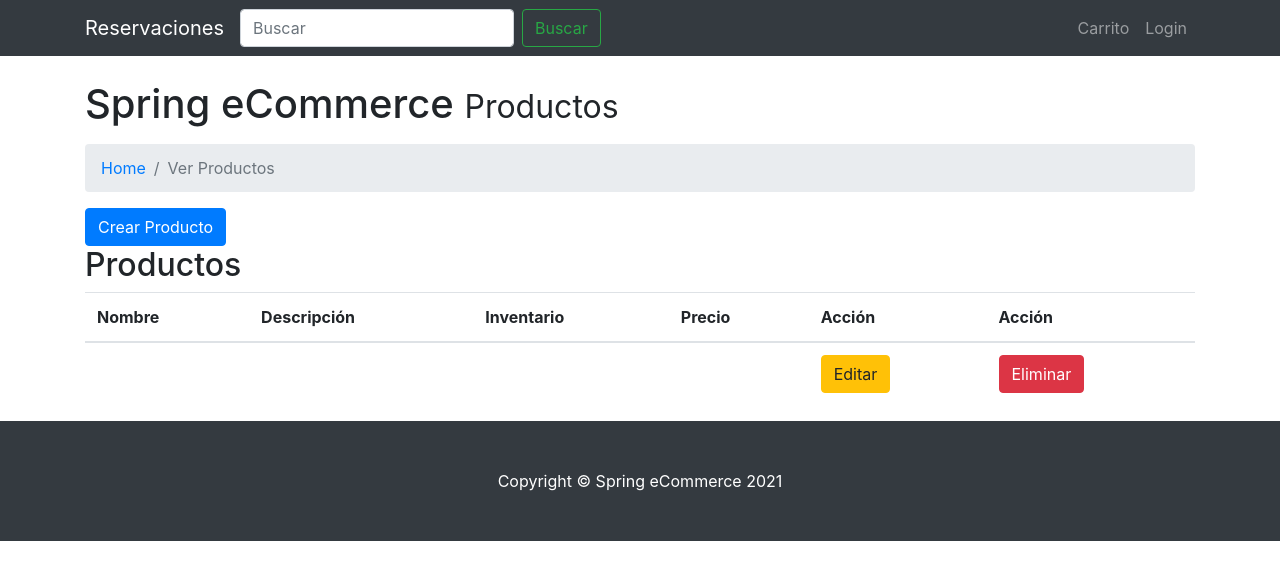
Repository: alexpool1122/Caso_Final_Laboratorio
Page: http://localhost/habitaciones
The author's editor kept a copy of each file at every save. The page is drawn from the files as they stood at one save, then again after the next save.
The browser window is 1280 px wide. The pictures show the whole page.
The page is this project's Thymeleaf template; nobody is signed in. The template is opened directly, without the code that normally fills it, so the values that code supplies are empty.

Above is the page before, as saved 2023-11-23 09:29:11.

After the next save:
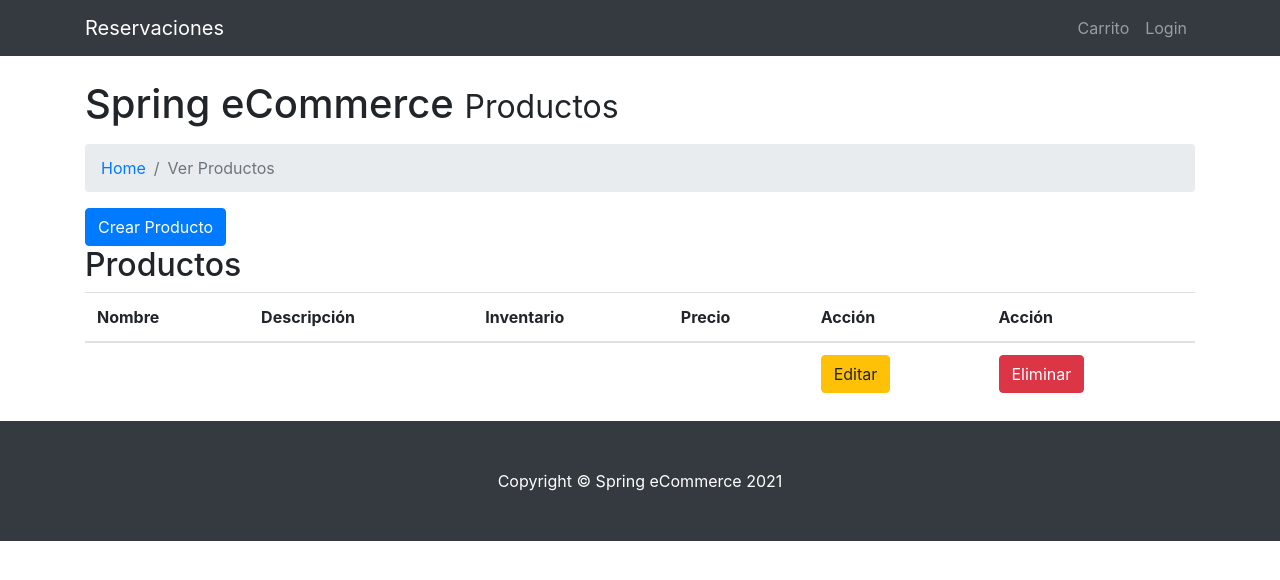
Saved 27 s later.
--- a/CasoFinal/src/main/resources/templates/templado_header_footer.html
+++ b/CasoFinal/src/main/resources/templates/templado_header_footer.html
@@ -21,17 +21,6 @@
 			<div class="container">
 				<a class="navbar-brand" th:href="@{/Reserva}">Reservaciones</a>
 
-				<form class="form-inline my-2 my-lg-0" method="post" action="#">
-					<input class="form-control mr-sm-2" type="search" placeholder="Buscar" aria-label="Search"
-						name="nombre" autocomplete="off">
-					<button class="btn btn-outline-success my-2 my-sm-0" type="submit">Buscar</button>
-				</form>
-
-
-				<button class="navbar-toggler" type="button" data-toggle="collapse" data-target="#navbarResponsive"
-					aria-controls="navbarResponsive" aria-expanded="false" aria-label="Toggle navigation">
-					<span class="navbar-toggler-icon"></span>
-				</button>
 				<div class="collapse navbar-collapse" id="navbarResponsive">
 					<ul class="navbar-nav ml-auto">
 						<li class="nav-item"><a class="nav-link" href="carrito.html">Carrito</a></li>
